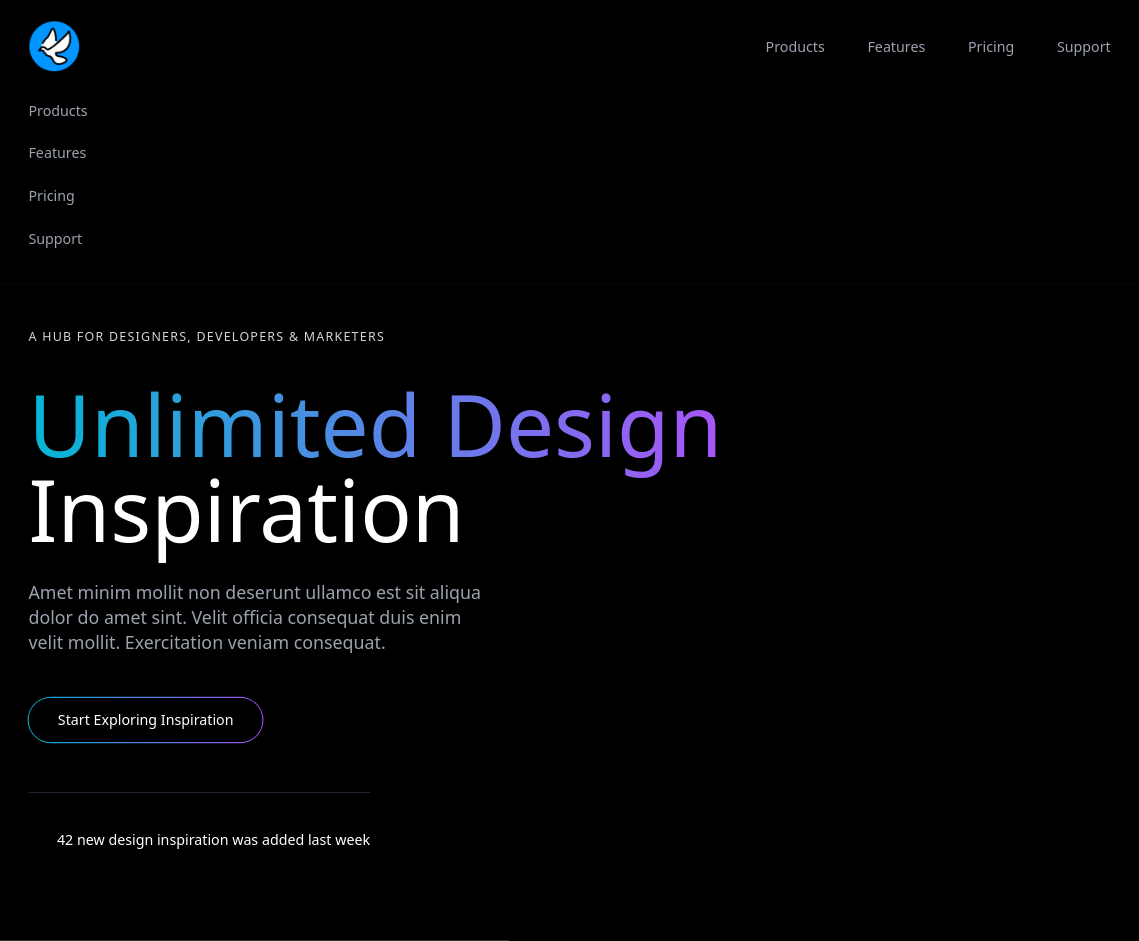
Repository: Ahmed-Gelle/defi-app
Page: / (app in client/)
The author's editor kept a copy of each file at every save. The page is drawn from the files as they stood at one save, then again after the next save.
The browser window is 1280 px wide. The pictures show the whole page, at 89% of full size.
The project was rebuilt for these pictures with package versions that can differ from the ones it lists, and the page was loaded fresh each time. The framework's server and built-in components were replaced by stand-ins that run in the browser. Also part of the build but not shown: client/next.config.js.

Above is the page before, as saved 2022-11-29 13:30:58.

After the next save:
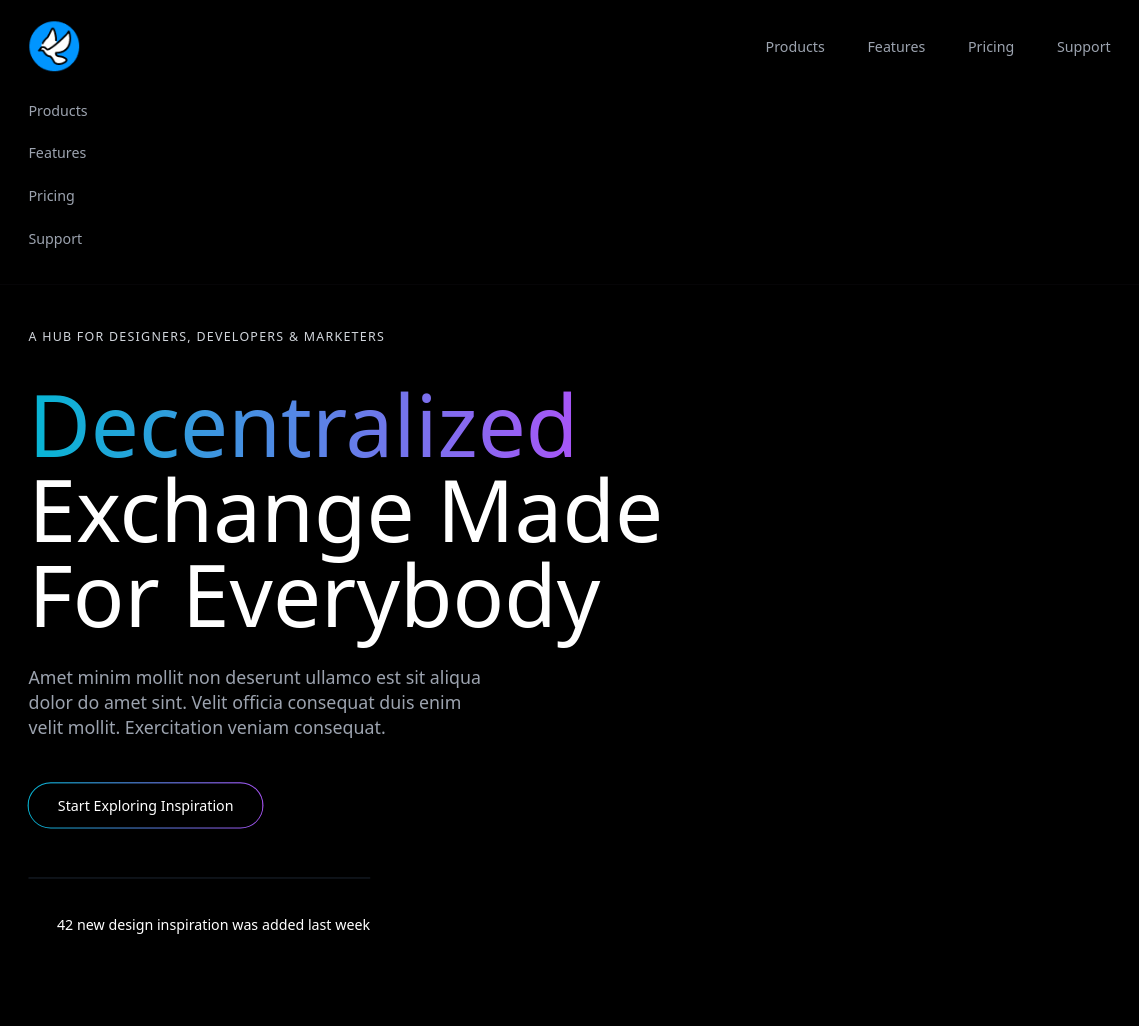
Saved 2 min 29 s later.
--- a/client/components/Hero/index.tsx
+++ b/client/components/Hero/index.tsx
@@ -61,7 +61,8 @@
             <div class="relative">
                 <div class="lg:w-2/3">
                     <p class="text-sm font-normal tracking-widest text-gray-300 uppercase">A Hub for Designers, Developers & Marketers</p>
-                    <h1 class="mt-6 text-4xl font-normal text-white sm:mt-10 sm:text-5xl lg:text-6xl xl:text-8xl"><span class="text-transparent bg-clip-text bg-gradient-to-r from-cyan-500 to-purple-500">Unlimited Design</span> Inspiration</h1>
+                    <h1 class="mt-6 text-4xl font-normal text-white sm:mt-10 sm:text-5xl lg:text-6xl xl:text-8xl"><span class="text-transparent bg-clip-text bg-gradient-to-r from-cyan-500 to-purple-500">Decentralized</span> Exchange Made For Everybody
+</h1>
                     <p class="max-w-lg mt-4 text-xl font-normal text-gray-400 sm:mt-8">Amet minim mollit non deserunt ullamco est sit aliqua dolor do amet sint. Velit officia consequat duis enim velit mollit. Exercitation veniam consequat.</p>
                     <div class="relative inline-flex items-center justify-center mt-8 sm:mt-12 group">
                         <div class="absolute transition-all duration-200 rounded-full -inset-px bg-gradient-to-r from-cyan-500 to-purple-500 group-hover:shadow-lg group-hover:shadow-cyan-500/50"></div>
